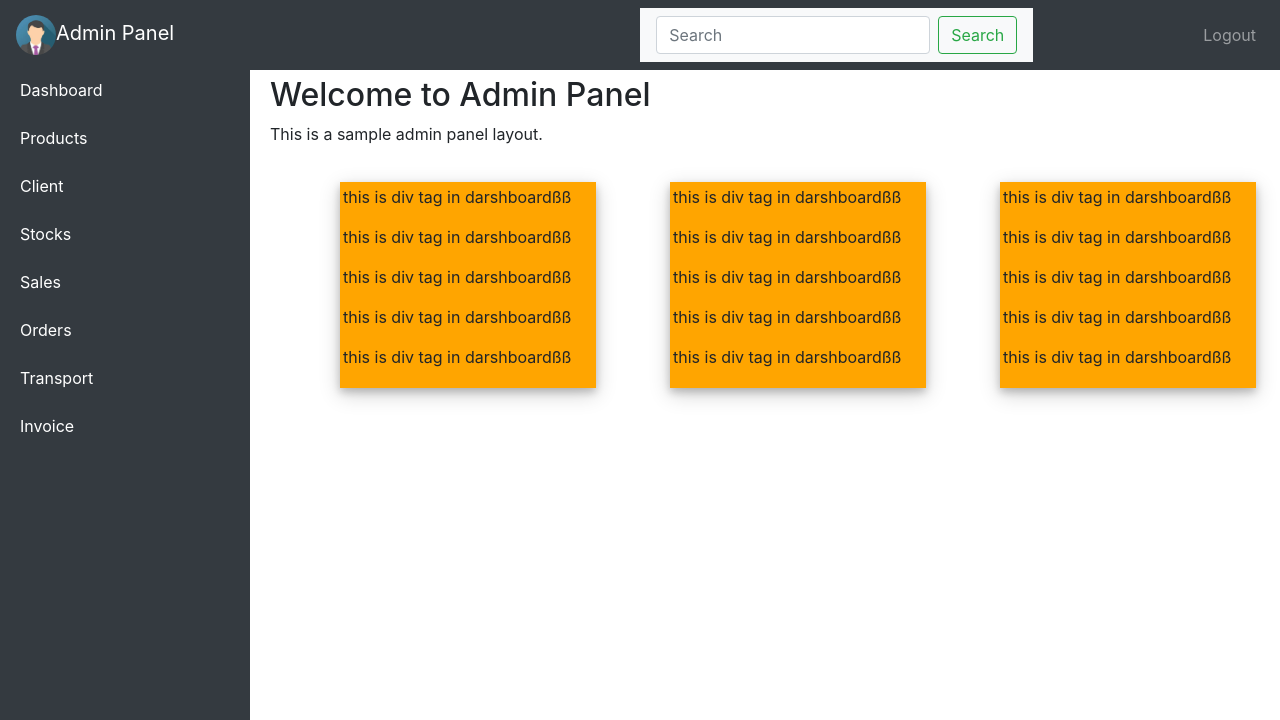
Repository: AmrutaAware/CodingQueens
Page: workspaceBilling/BillingSystem/src/main/webapp/home.html
The author's editor kept a copy of each file at every save. The page is drawn from the files as they stood at one save, then again after the next save.
The browser window is 1280 px wide. The pictures show the whole page.
Some web libraries are served in a nearby version.

Above is the page before, as saved 2024-03-14 11:33:23.

After the next save:
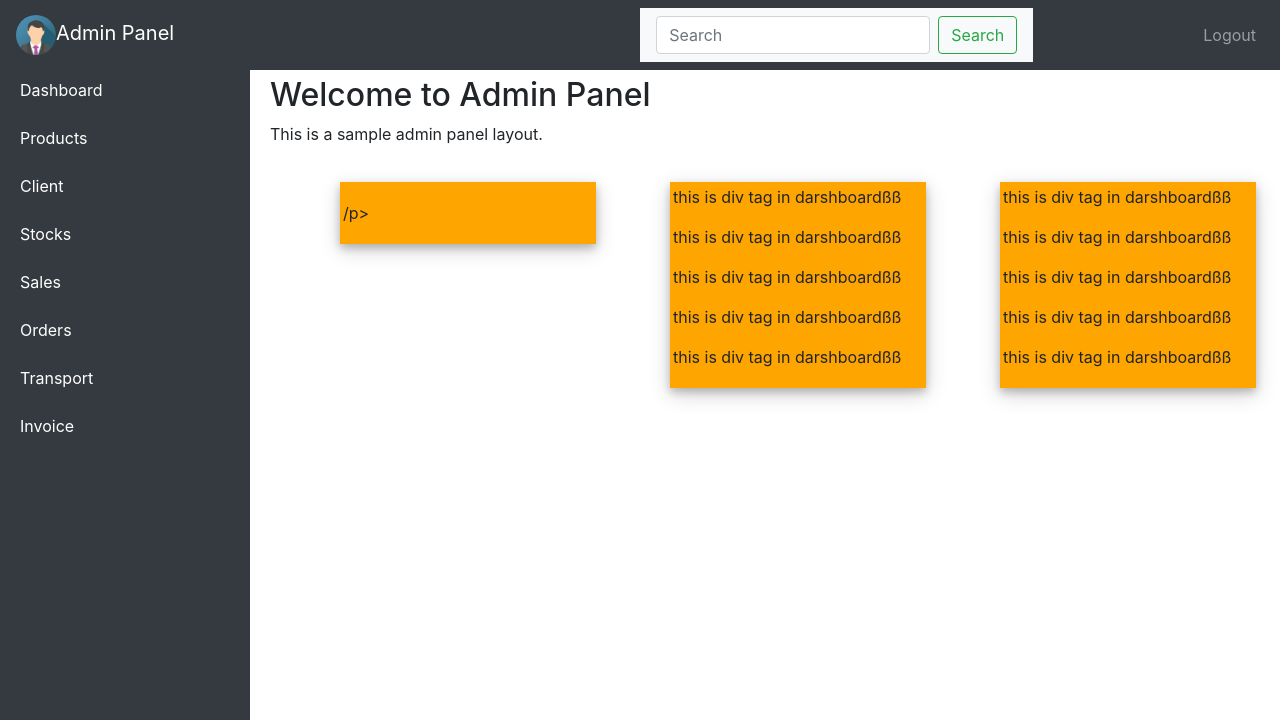
Saved 32 s later.
--- a/workspaceBilling/BillingSystem/src/main/webapp/home.html
+++ b/workspaceBilling/BillingSystem/src/main/webapp/home.html
@@ -164,11 +164,8 @@
     <p>This is a sample admin panel layout.</p>
   </div>
 <div class="dashboard">
-      <p>this is div tag in darshboardßß</p>
-      <p>this is div tag in darshboardßß</p>
-      <p>this is div tag in darshboardßß</p>
-      <p>this is div tag in darshboardßß</p>
-      <p>this is div tag in darshboardßß</p>
+      <p></p>
+      <p>/p>
       </div>
       <div class="dashboard1">
       <p>this is div tag in darshboardßß</p>
